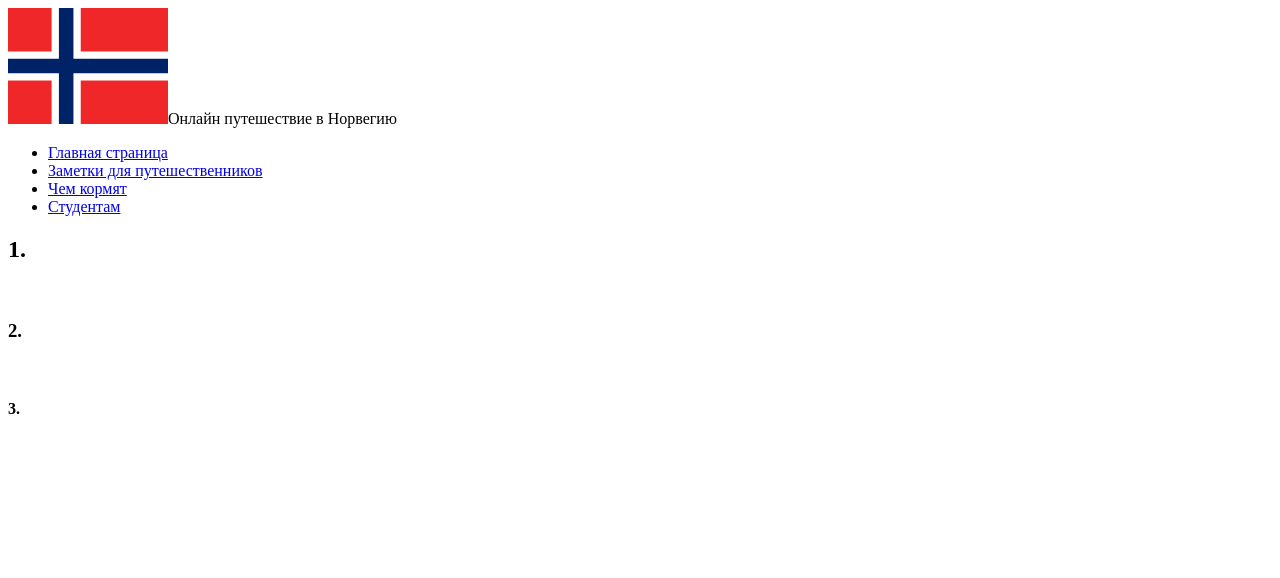
Repository: ryabinina-ekaterina/ryabinina-ekaterina.githab.io
Page: week11/week2.html
The author's editor kept a record of every edit. The page is drawn from the files as they stood at one moment, then again after the next edit.
The browser window is 1280 px wide. The pictures show the whole page.

Above is the page before.

After the next edit:
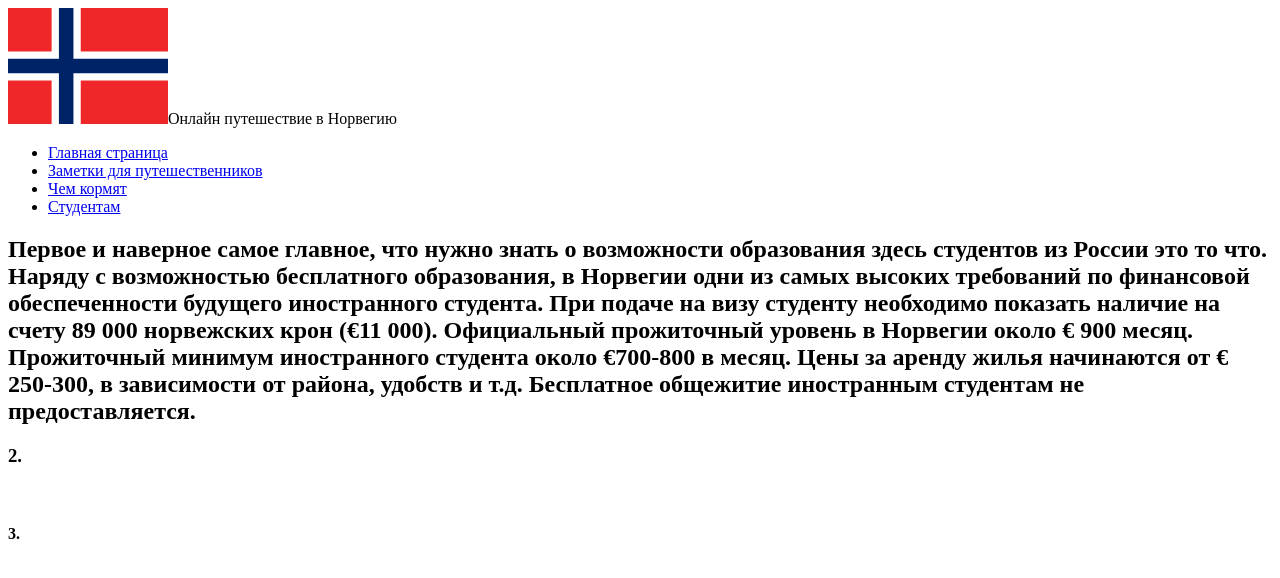
The edit:
--- a/week11/week2.html
+++ b/week11/week2.html
@@ -19,8 +19,7 @@
             </ul>
         </nav>
         <main>
-        <h2> 1. </h2>
-        <img src=""
+        <h2> Первое и наверное самое главное, что нужно знать о возможности образования здесь студентов из России это то что. Наряду с возможностью бесплатного образования, в Норвегии одни из самых высоких требований по финансовой обеспеченности будущего иностранного студента. При подаче на визу студенту необходимо показать наличие на счету 89 000 норвежских крон (€11 000). Официальный прожиточный уровень в Норвегии около € 900 месяц. Прожиточный минимум иностранного студента около €700-800 в месяц. Цены за аренду жилья начинаются от € 250-300, в зависимости от района, удобств и т.д. Бесплатное общежитие иностранным студентам не предоставляется. </h2>
         </main>
         <div>
         <h3>  2. </h3>
